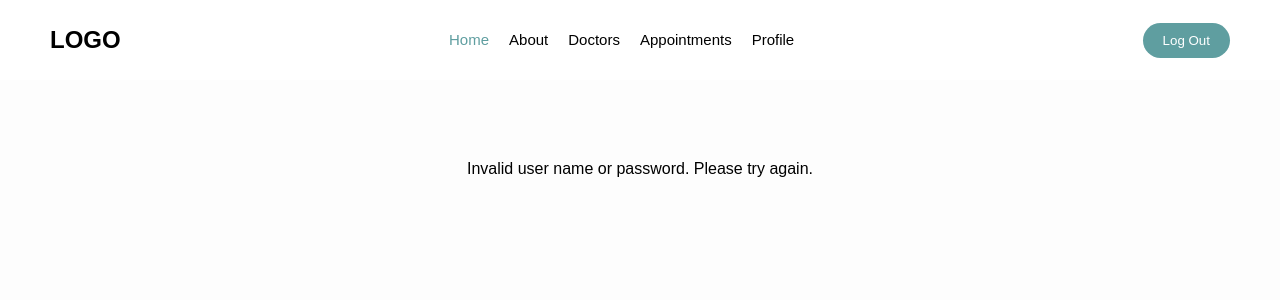
Repository: MonaliWatareka/echanneling
Page: http://localhost/PatientDemo/patientAccount.jsp
An editor plug-in stored every save of this project. The page is shown before and after the next save, followed by the edit.
The browser window is 1280 px wide. The pictures show the whole page.
The page is served by Tomcat 10. The template is opened directly, without the code that normally fills it, so the values that code supplies are empty.

Above is the page before, as saved 2024-10-13 04:10:06.

After the next save:
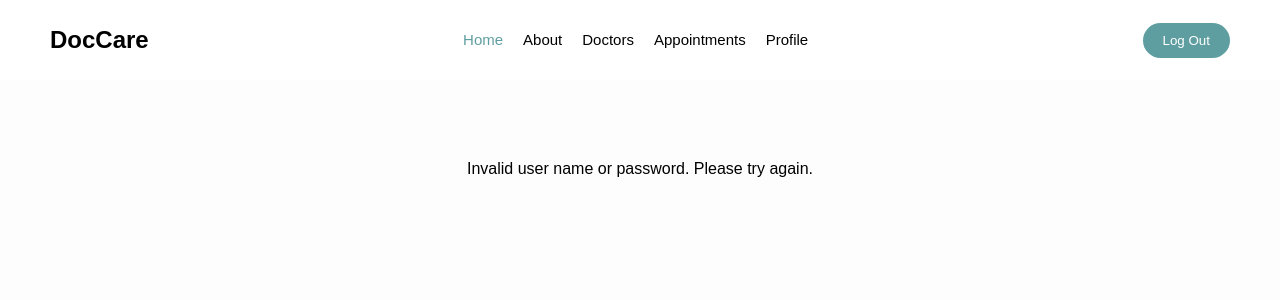
Saved 18 s later.
--- a/Project/PatientDemo/src/main/webapp/patientAccount.jsp
+++ b/Project/PatientDemo/src/main/webapp/patientAccount.jsp
@@ -20,7 +20,7 @@
  <!-- Navigation Bar -->
     <div class="nav">
         <div class="nav-logo">
-            <p>LOGO</p>
+            <p>DocCare</p>
         </div>
         <div class="nav-menu">
             <ul>
